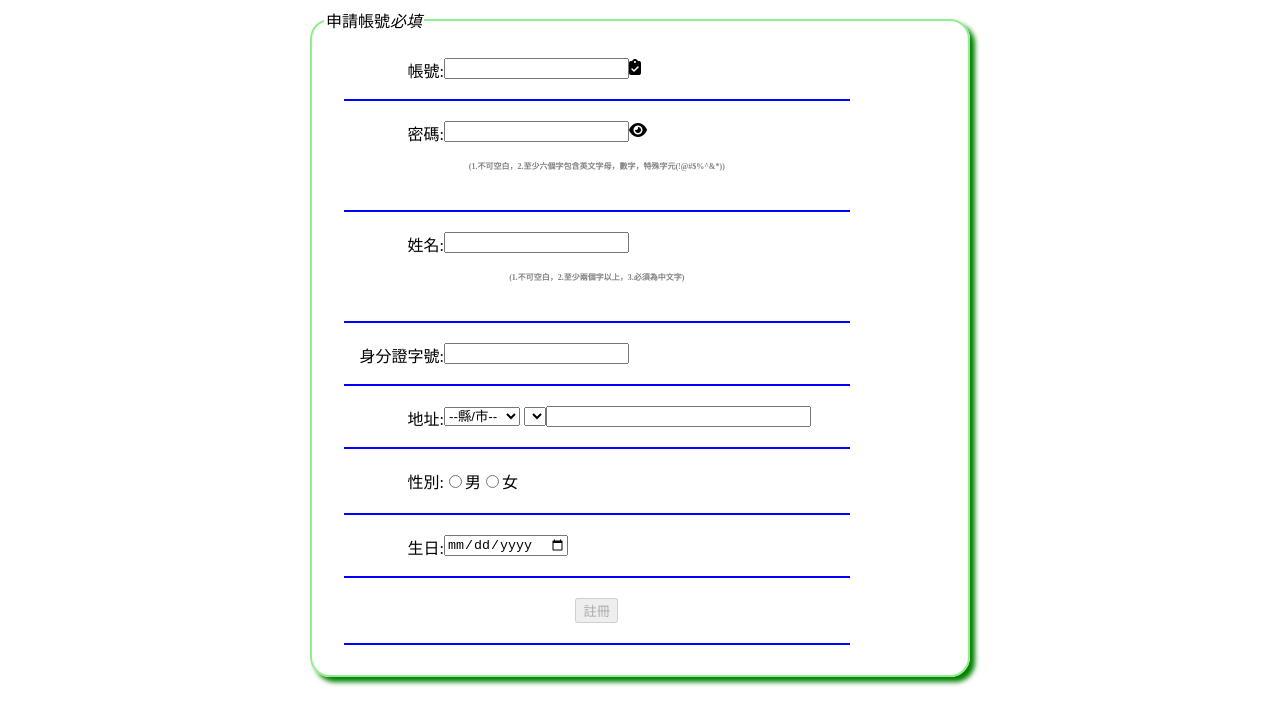
Repository: cctytw2000/Hibernate_HW
Page: Member/EEIT109_35/src/main/webapp/member/RegisteredMember.html
The author's editor kept a copy of each file at every save. The page is drawn from the files as they stood at one save, then again after the next save.
The browser window is 1280 px wide. The pictures show the whole page.
Some web libraries are served in a nearby version.

Above is the page before, as saved 2019-09-26 08:18:05.

### Member/EEIT109_35/src/main/webapp/member/RegisteredMember.html
<!DOCTYPE html>
<html>

<head>
    <meta charset="UTF-8">
    <title>Insert title here</title>
    <script src="http://code.jquery.com/jquery-1.12.4.min.js"></script>
    <script src="../JS/RegisteredMember.js"></script>
    <script src="../JS/address.js"></script>
    <link rel="stylesheet" href="../CSS/RegisteredMember.css">
    <script src="https://kit.fontawesome.com/685268963f.js"></script>
</head>

<body>


    <form action="../RegisteredMember.do" method="post">

        <fieldset>
            <legend>申請帳號<em>必填</em></legend>
            <div class="div1">
                <label class='label1'>帳號:</label><input type="text" id="account" name="account"><i id="check"
                    class="fas fa-clipboard-check"></i><span id="account_msg"></span>
            </div>
            <div class="div1">
                <label class='label1'>密碼:</label><input type="password" id="password" name="password"><i
                    onclick="showHide();" id="eye" class="fas fa-eye"></i><span id="msg_password"></span>

                </button>
                <h6 style="color: gray;font-size: 8px">(1.不可空白，2.至少六個字包含英文字母，數字，特殊字元(!@#$%^&*))</h6>
            </div>
            <div class="div1">
                <label class='label1'>姓名:</label><input type="text" id="username" name="username"><span id="msg"></span>
                <h6 style="color: gray;font-size: 8px">(1.不可空白，2.至少兩個字以上，3.必須為中文字)</h6>
            </div>
            <div class="div1">
                <label class='label1'>身分證字號:</label><input id="idnumber" type="text" name="idnumber"><span id="idnumber_password"></span>
            </div>

            <div class="div1">
                <label class='label1'>地址:</label>
                <select id="city">
                    <option value=""></option>
                </select>
                <select id="Township">
                    <option value=""></option>
                </select><input type="text" size="30" name="alladdress" id="alladdress" value=""><span id="address_password"></span>

            </div>


            <div class="div1">
                <label class='label1'>性別:</label><input type="radio" id="sex" name="sex" value="male" required="required">男<input id="sex" type="radio"
                    name="sex" value="female">女<span id="sex_password" required="required"></span>
            </div>
            <div class="div1">
                <label class='label1'>生日:</label><input id="date" type="date" name="birth"><span id="date_password"></span>
            </div>
            <div id="submit" class="div1" style="text-align: center">
                <button type="submit" disabled>註冊</button>

            </div>
        </fieldset>
    </form>

</body>

</html>

### Member/EEIT109_35/src/main/webapp/JS/RegisteredMember.js
let username_check_val = false;
let password_check_val = false;
let account_check_val = false;
let account_check_val_repeat = false;
let address_check_val = false;
let birth_check_val = false;
let idnumber_check_val = false;

let pwShown = 0;
document.addEventListener("DOMContentLoaded", function () {
	document.getElementById("account").addEventListener("blur", check_account);
	document.getElementById("account").addEventListener("blur", opencreate);

	document.getElementById("username").addEventListener("blur", check_username);
	document.getElementById("username").addEventListener("blur", opencreate);

	document.getElementById("password").addEventListener("blur", check_password);
	document.getElementById("password").addEventListener("blur", opencreate);

	document.getElementById("alladdress").addEventListener("blur", check_address);
	document.getElementById("alladdress").addEventListener("blur", opencreate);

	document.getElementById("idnumber").addEventListener("blur", check_idnumber);
	document.getElementById("idnumber").addEventListener("blur", opencreate);

	document.getElementById("date").addEventListener("blur", check_birth);
	document.getElementById("date").addEventListener("blur", opencreate);



});
function check_idnumber() {
	if (document.getElementById("idnumber").value != "") {
		idnumber_check_val = true;
		document.getElementById("idnumber_password").innerHTML = "<img src='../Images/yes.jpg'>格式符合"
	} else {
		document.getElementById("idnumber_password").innerHTML = "<img src='../Images/noway.jpg'>不可空白"

	}
}

function check_address() {
	if (document.getElementById("alladdress").value != "") {
		address_check_val = true;
		document.getElementById("address_password").innerHTML = "<img src='../Images/yes.jpg'>格式符合"
	} else {
		document.getElementById("address_password").innerHTML = "<img src='../Images/noway.jpg'>不可空白"

	}
}
function check_birth() {
	if (document.getElementById("date").value != "") {
		birth_check_val = true;
		document.getElementById("date_password").innerHTML = "<img src='../Images/yes.jpg'>格式符合"
	} else {
		document.getElementById("date_password").innerHTML = "<img src='../Images/noway.jpg'>不可空白"

	}

}
function show() {
	var p = document.getElementById('password');
	p.setAttribute('type', 'text');
}

function hide() {
	var p = document.getElementById('password');
	p.setAttribute('type', 'password');
}

function showHide() {
	if (document.getElementById("password").type == "password") {
		console.log("show");
		console.log(pwShown);
		pwShown = 1;
		show();
	} else {
		console.log("hide");
		console.log(pwShown);
		pwShow = 0;
		hide();
	}

}

function opencreate() {
	console.log("opencreate")
	console.log("account_check_val_repeat==="+account_check_val_repeat)
	if (password_check_val && username_check_val && account_check_val && account_check_val_repeat && address_check_val && birth_check_val && idnumber_check_val) {
		document.getElementById("submit").innerHTML = "<button type='submit'>註冊</button>";
	}
}

function check_account() {

	let PWDVal = document.getElementById("account").value;
	var PWDVallen = PWDVal.length;
	let flag1 = false, flag2 = false, flag3 = false
	let special = ['!', '@', '#', '$', '%', '^', '&', '*']

	if (PWDVal == "") {
		document.getElementById("account_msg").innerHTML = "<img src='../Images/noway.jpg'>不可空白"
	} else if (PWDVallen >= 6) {
		for (let i = 0; i < PWDVallen; i++) {
			let chrPwd = PWDVal.charAt(i).toUpperCase();
			if (chrPwd >= "A" && chrPwd <= "Z") {
				flag1 = true
				console.log(chrPwd)
			} else if (chrPwd >= "0" && chrPwd <= "9") {
				flag2 = true
				console.log(chrPwd)
			} else if (special.lastIndexOf(chrPwd)) {
				console.log(chrPwd)
				flag3 = true
			}
			if (flag1 && flag2 && flag3) {
				document.getElementById("account_msg").innerHTML = "<img src='../Images/yes.jpg'>格式符合";
				account_check_val = true

			} else {
				document.getElementById("account_msg").innerHTML = "<img src='../Images/noway.jpg'>格式不符合"

			}
			;
		}
	} else {
		document.getElementById("account_msg").innerHTML = "<img src='../Images/noway.jpg'>至少六個字"
	}
}
function check_username() {
	let acc = document.getElementById("username").value;
	var acc_length = acc.length;
	var flag4 = false;
	if (acc == "") {
		document.getElementById("msg").innerHTML = "<img src='../Images/noway.jpg'>不可空白"
	} else if (acc_length >= 2) {
		for (let i = 0; i < acc_length; i++) {

			if (acc.charCodeAt(i) >= 0x4e00 && acc.charCodeAt(i) <= 0x9fff) {

				flag4 = true
			} else {
				flag4 = false;
				break;
			}
		}
		if (flag4) {
			document.getElementById("msg").innerHTML = "<img src='../Images/yes.jpg'>格式符合"
			username_check_val = true
		} else {
			document.getElementById("msg").innerHTML = "<img src='../Images/noway.jpg'>必須為中文字"
		}
	} else {
		document.getElementById("msg").innerHTML = "<img src='../Images/noway.jpg'>至少兩個字"

	}

}

function check_password() {
	let PWDVal = document.getElementById("password").value;
	var PWDVallen = PWDVal.length;
	let flag1 = false, flag2 = false
	let special = ['!', '@', '#', '$', '%', '^', '&', '*']

	if (PWDVal == "") {
		document.getElementById("msg_password").innerHTML = "<img src='../Images/noway.jpg'>不可空白"
	} else if (PWDVallen >= 6) {
		for (let i = 0; i < PWDVallen; i++) {
			let chrPwd = PWDVal.charAt(i).toUpperCase();
			if (chrPwd >= "A" && chrPwd <= "Z") {
				flag1 = true
				console.log(chrPwd)
			} else if (chrPwd >= "0" && chrPwd <= "9") {
				flag2 = true
				console.log(chrPwd)
			}
			if (flag1 && flag2) {
				document.getElementById("msg_password").innerHTML = "<img src='../Images/yes.jpg'>格式符合";
				password_check_val = true

			} else {
				document.getElementById("msg_password").innerHTML = "<img src='../Images/noway.jpg'>格式不符合"

			}
			;
		}
	} else {
		document.getElementById("msg_password").innerHTML = "<img src='../Images/noway.jpg'>至少六個字"
	}
	// document.getElementById("msg_password").innerHTML = "<img
	// src='image/yes.jpg'>"
}
$(document).ready(function () {
	$("#check").click(function () {
		if ($("#account").val() != "") {
			$.ajax({
				url: "../Check_Repeat.do",
				data: {
					account: $("#account").val()
				},
				type: "POST",
				success: function (data) {
					if (data == "true") {
						account_check_val_repeat = true;
						opencreate();
						alert("您可以使用此帳號");
					} else {
						alert("此帳號已重複註冊")
					}

					console.log(data)
				}
			})
		} else {
			alert("你是不是想找麻煩")
		}
	})
})

### Member/EEIT109_35/src/main/webapp/JS/address.js
let allAddressText = ""
var CITY = ["--縣/市--", "臺北市", "基隆市", "新北市", "宜蘭縣", "新竹市", "新竹縣", "桃園縣", "苗栗縣",
	"臺中市", "彰化縣", "南投縣", "嘉義市", "嘉義縣", "雲林縣", "臺南市", "高雄市", "澎湖縣", "屏東縣",
	"臺東縣", "花蓮縣", "金門縣", "連江縣", "南海諸島"];
var SUB_AREA = [
	["--鄉鎮市區--"],
	["--鄉鎮市區--", "中正區100", "大同區103", "中山區104", "松山區105", "大安區106",
		"萬華區108", "信義區110", "士林區111", "北投區112", "內湖區114", "南港區115",
		"文山區116"],
	["--鄉鎮市區--", "仁愛區200", "信義區201", "中正區202", "中山區203", "安樂區204",
		"暖暖區205", "七堵區206"],
	["--鄉鎮市區--", "萬里區207", "金山區208", "板橋區220", "汐止區221", "深坑區222",
		"石碇區223", "瑞芳區224", "平溪區226", "雙溪區227", "貢寮區228", "新店區231",
		"坪林區232", "烏來區233", "永和區234", "中和區235", "土城區236", "三峽區237",
		"樹林區238", "鶯歌區239", "三重區241", "新莊區242", "泰山區243", "林口區244",
		"蘆洲區247", "五股區248", "八里區249", "淡水區251", "三芝區252", "石門區253"],
	["--鄉鎮市區--", "宜蘭市260", "頭城鎮261", "礁溪鄉262", "壯圍鄉263", "員山鄉264",
		"羅東鎮265", "三星鄉266", "大同鄉267", "五結鄉268", "冬山鄉269", "蘇澳鎮270",
		"南澳鄉272", "釣魚台列嶼290"],
	["--鄉鎮市區--", "東區300", "北區300", "香山區300"],
	["--鄉鎮市區--", "竹北市302", "湖口鄉303", "新豐鄉304", "新埔鎮305", "關西鎮306",
		"芎林鄉307", "寶山鄉308", "竹東鎮310", "五峰鄉311", "橫山鄉312", "尖石鄉313",
		"北埔鄉314", "峨嵋鄉315"],
	["--鄉鎮市區--", "中壢市320", "平鎮市324", "龍潭鄉325", "楊梅鎮326", "新屋鄉327",
		"觀音鄉328", "桃園市330", "龜山鄉333", "八德市334", "大溪鎮335", "復興鄉336",
		"大園鄉337", "蘆竹鄉338"],
	["--鄉鎮市區--", "竹南鎮350", "頭份鎮351", "三灣鄉352", "南庄鄉353", "獅潭鄉354",
		"後龍鎮356", "通霄鎮357", "苑裡鎮358", "苗栗市360", "造橋鄉361", "頭屋鄉362",
		"公館鄉363", "大湖鄉364", "泰安鄉365", "銅鑼鄉366", "三義鄉367", "西湖鄉368",
		"卓蘭鎮369"],
	["--鄉鎮市區--", "中區400", "東區401", "南區402", "西區403", "北區404", "北屯區406",
		"西屯區407", "南屯區408", "太平區411", "大里區412", "霧峰區413", "烏日區414",
		"豐原區420", "后里區421", "石岡區422", "東勢區423", "和平區424", "新社區426",
		"潭子區427", "大雅區428", "神岡區429", "大肚區432", "沙鹿區433", "龍井區434",
		"梧棲區435", "清水區436", "大甲區437", "外埔區438", "大安區439"],
	["--鄉鎮市區--", "彰化市500", "芬園鄉502", "花壇鄉503", "秀水鄉504", "鹿港鎮505",
		"福興鄉506", "線西鄉507", "和美鎮508", "伸港鄉509", "員林鎮510", "社頭鄉511",
		"永靖鄉512", "埔心鄉513", "溪湖鎮514", "大村鄉515", "埔鹽鄉516", "田中鎮520",
		"北斗鎮521", "田尾鄉522", "埤頭鄉523", "溪州鄉524", "竹塘鄉525", "二林鎮526",
		"大城鄉527", "芳苑鄉528", "二水鄉530"],
	["--鄉鎮市區--", "南投市540", "中寮鄉541", "草屯鎮542", "國姓鄉544", "埔里鎮545",
		"仁愛鄉546", "名間鄉551", "集集鎮552", "水里鄉553", "魚池鄉555", "信義鄉556",
		"竹山鎮557", "鹿谷鄉558"],
	["--鄉鎮市區--", "嘉義市600"],
	["--鄉鎮市區--", "番路鄉602", "梅山鄉603", "竹崎鄉604", "阿里山605", "中埔鄉606",
		"大埔鄉607", "水上鄉608", "鹿草鄉611", "太保市612", "朴子市613", "東石鄉614",
		"六腳鄉615", "新港鄉616", "民雄鄉621", "大林鎮622", "溪口鄉623", "義竹鄉624",
		"布袋鎮625"],
	["--鄉鎮市區--", "斗南鎮630", "大埤鄉631", "虎尾鎮632", "土庫鎮633", "褒忠鄉634",
		"東勢鄉635", "臺西鄉636", "崙背鄉637", "麥寮鄉638", "斗六市640", "林內鄉643",
		"古坑鄉646", "莿桐鄉647", "西螺鎮648", "二崙鄉649", "北港鎮651", "水林鄉652",
		"口湖鄉653", "四湖鄉654", "元長鄉655"],
	["--鄉鎮市區--", "中西區700", "東區701", "南區702", "北區704", "安平區708", "安南區709",
		"永康區710", "歸仁區711", "新化區712", "左鎮區713", "玉井區714", "楠西區715",
		"南化區716", "仁德區717", "關廟區718", "龍崎區719", "官田區720", "麻豆區721",
		"佳里區722", "西港區723", "七股區724", "將軍區725", "學甲區726", "北門區727",
		"新營區730", "後壁區731", "白河區732", "東山區733", "六甲區734", "下營區735",
		"柳營區736", "鹽水區737", "善化區741", "大內區742", "山上區743", "新市區744",
		"安定區745"],
	["--鄉鎮市區--", "新興區800", "前金區801", "苓雅區802", "鹽埕區803", "鼓山區804",
		"旗津區805", "前鎮區806", "三民區807", "楠梓區811", "小港區812", "左營區813",
		"仁武區814", "大社區815", "岡山區820", "路竹區821", "阿蓮區822", "田寮區823",
		"燕巢區824", "橋頭區825", "梓官區826", "彌陀區827", "永安區828", "湖內區829",
		"鳳山區830", "大寮區831", "林園區832", "鳥松區833", "大樹區840", "旗山區842",
		"美濃區843", "六龜區844", "內門區845", "杉林區846", "甲仙區847", "桃源區848",
		"那瑪夏區849", "茂林區851", "茄萣區852"],
	["--鄉鎮市區--", "馬公市880", "西嶼鄉881", "望安鄉882", "七美鄉883", "白沙鄉884",
		"湖西鄉885"],
	["--鄉鎮市區--", "屏東市900", "三地門901", "霧臺鄉902", "瑪家鄉903", "九如鄉904",
		"里港鄉905", "高樹鄉906", "鹽埔鄉907", "長治鄉908", "麟洛鄉909", "竹田鄉911",
		"內埔鄉912", "萬丹鄉913", "潮州鎮920", "泰武鄉921", "來義鄉922", "萬巒鄉923",
		"崁頂鄉924", "新埤鄉925", "南州鄉926", "林邊鄉927", "東港鎮928", "琉球鄉929",
		"佳冬鄉931", "新園鄉932", "枋寮鄉940", "枋山鄉941", "春日鄉942", "獅子鄉943",
		"車城鄉944", "牡丹鄉945", "恆春鎮946", "滿州鄉947"],
	["--鄉鎮市區--", "臺東市950", "綠島鄉951", "蘭嶼鄉952", "延平鄉953", "卑南鄉954",
		"鹿野鄉955", "關山鎮956", "海端鄉957", "池上鄉958", "東河鄉959", "成功鎮961",
		"長濱鄉962", "太麻里鄉963", "金峰鄉964", "大武鄉965", "達仁鄉966"],
	["--鄉鎮市區--", "花蓮市970", "新城鄉971", "秀林鄉972", "吉安鄉973", "壽豐鄉974",
		"鳳林鎮975", "光復鄉976", "豐濱鄉977", "瑞穗鄉978", "萬榮鄉979", "玉里鎮981",
		"卓溪鄉982", "富里鄉983"],
	["--鄉鎮市區--", "金沙鎮890", "金湖鎮891", "金寧鄉892", "金城鎮893", "烈嶼鄉894",
		"烏坵鄉896"],
	["--鄉鎮市區--", "南竿鄉209", "北竿鄉210", "莒光鄉211", "東引212"],
	["--鄉鎮市區--", "東沙817", "南沙819"]];
document.addEventListener("DOMContentLoaded", function () {
	var cityOption = "";
	document.getElementById("city").addEventListener("input", changeTownship);
	document.getElementById("Township").addEventListener("change",
		insertAllAddress);
	for (let i = 0; i < CITY.length; i++) {
		cityOption += "<option id='" + i + "' value='" + CITY[i] + "'>"
			+ CITY[i] + "</option>"
	}
	document.getElementById("city").innerHTML = cityOption;

});
function insertAllAddress() {

	let Township = document.getElementById("Township").value;
	allAddressText += Township;
	let address = document.getElementById("alladdress");
	address.value = allAddressText
}
function changeTownship() {
	let city = document.getElementById("city").value;
	allAddressText = city + " "
	let address = document.getElementById("alladdress");
	address.value = allAddressText

	var TownshipOption = "";
	document.getElementById("Township").innerHTML = "";
	for (let i = 0; i < SUB_AREA[CITY.indexOf(city)].length; i++) {
		TownshipOption += "<option value='"
			+ SUB_AREA[CITY.indexOf(document.getElementById("city").value)][i]
			+ "'>"
			+ SUB_AREA[CITY.indexOf(document.getElementById("city").value)][i]
			+ "</option>"

	}
	document.getElementById("Township").innerHTML = TownshipOption;
}

### Member/EEIT109_35/src/main/webapp/CSS/RegisteredMember.css
fieldset {
	width: 50%;
	height: 70%;
	border: 2px solid lightgreen;
	border-radius: 20px;
	margin: auto auto;
	padding: auto auto;
	box-shadow: 5px 5px 5px green;
}

.div1 {
	border-bottom: 2px solid blue;
	padding-bottom: 20px;
	margin: 20px;
	width: 450px;
	width: 80%
}

.sub1 {
	width: 450px;
	text-align: center;
	padding: 20px;
}

.label1 {
	width: 100px;
	float: left;
	text-align: right
}

form {
	width: 100%;
	/* margin: 15px auto; */
}

h6 {
	text-align: center
}

input:focus {
	background-color: #cccccc
}
  .login-options {
    text-align: center;
    margin: 25px auto 0;
    min-height: 15px;
    position: relative;
    color: #607188;
    font-family: "Open Sans",sans-serif;
    font-weight: 400;
    line-height: 1.8em;
    -webkit-font-smoothing: subpixel-antialiased;
    font-size: 100%;
}
    .login-options span {
    position: absolute;
    top: -9px;/*調整「Or」的上、下位置*/
    background: #fff;
    padding: 0 15px;
    margin: auto;
    left: 42%;
}
    hr {
    margin-top: 10px;
    margin-bottom: 10px;
    height: 1px;
    width: 100%;
    background: #E3ECF7;
}
    hr {

    border: 0;
    border-top: 1px solid #eee;
}
    .btn.btn-facebook, .btn.btn-facebook.active, .btn.btn-facebook.active:focus, .btn.btn-facebook.active:hover, .btn.btn-facebook:active, .btn.btn-facebook:active:focus, .btn.btn-facebook:active:hover, .btn.btn-facebook:focus, .btn.btn-facebook:hover, .navbar .navbar-nav>li>a.btn.btn-facebook, .navbar .navbar-nav>li>a.btn.btn-facebook.active, .navbar .navbar-nav>li>a.btn.btn-facebook.active:focus, .navbar .navbar-nav>li>a.btn.btn-facebook.active:hover, .navbar .navbar-nav>li>a.btn.btn-facebook:active, .navbar .navbar-nav>li>a.btn.btn-facebook:active:focus, .navbar .navbar-nav>li>a.btn.btn-facebook:active:hover, .navbar .navbar-nav>li>a.btn.btn-facebook:focus, .navbar .navbar-nav>li>a.btn.btn-facebook:hover, .open>.btn.btn-facebook.dropdown-toggle, .open>.btn.btn-facebook.dropdown-toggle:focus, .open>.btn.btn-facebook.dropdown-toggle:hover, .open>.navbar .navbar-nav>li>a.btn.btn-facebook.dropdown-toggle, .open>.navbar .navbar-nav>li>a.btn.btn-facebook.dropdown-toggle:focus, .open>.navbar .navbar-nav>li>a.btn.btn-facebook.dropdown-toggle:hover {
    background-color: #3b5998;
    color: #FFF;
}



    .btn {
    line-height: 1.42857143;
    text-align: center;
    white-space: nowrap;
    vertical-align: middle;
    touch-action: manipulation;
    cursor: pointer;
    user-select: none;
        background-image: none;
         border: none;
    border-radius: 3px;
    position: relative;
    padding: 12px 30px;
    margin: 10px 1px;
    text-transform: uppercase;
    letter-spacing: 0;

    transition: box-shadow .2s cubic-bezier(.4,0,1,1),background-color .2s cubic-bezier(.4,0,.2,1);
    outline: 0;
    font-size: 14px;
    font-weight: 400;
    will-change: box-shadow,transform;


}
    button {
    overflow: visible;
}
    .btn:not(.btn-fab) i {
    vertical-align: middle;
    font-size: 1.5em;
    position: relative;
    padding: 0 3px;
}

    .btn.btn-facebook:active, .btn.btn-facebook:focus, .btn.btn-facebook:hover, .navbar .navbar-nav>li>a.btn.btn-facebook:active, .navbar .navbar-nav>li>a.btn.btn-facebook:focus, .navbar .navbar-nav>li>a.btn.btn-facebook:hover {
    box-shadow: 0 14px 26px -12px rgba(59,89,152,.42), 0 4px 23px 0 rgba(0,0,0,.12), 0 8px 10px -5px rgba(59,89,152,.2);
}
    .btn.btn-google:active, .btn.btn-google:focus, .btn.btn-google:hover, .navbar .navbar-nav>li>a.btn.btn-google:active, .navbar .navbar-nav>li>a.btn.btn-google:focus, .navbar .navbar-nav>li>a.btn.btn-google:hover {
    box-shadow: 0 14px 26px -12px rgba(221,75,57,.42), 0 4px 23px 0 rgba(0,0,0,.12), 0 8px 10px -5px rgba(221,75,57,.2);
}
    .btn.btn-google, .btn.btn-google.active, .btn.btn-google.active:focus, .btn.btn-google.active:hover, .btn.btn-google:active, .btn.btn-google:active:focus, .btn.btn-google:active:hover, .btn.btn-google:focus, .btn.btn-google:hover, .navbar .navbar-nav>li>a.btn.btn-google, .navbar .navbar-nav>li>a.btn.btn-google.active, .navbar .navbar-nav>li>a.btn.btn-google.active:focus, .navbar .navbar-nav>li>a.btn.btn-google.active:hover, .navbar .navbar-nav>li>a.btn.btn-google:active, .navbar .navbar-nav>li>a.btn.btn-google:active:focus, .navbar .navbar-nav>li>a.btn.btn-google:active:hover, .navbar .navbar-nav>li>a.btn.btn-google:focus, .navbar .navbar-nav>li>a.btn.btn-google:hover, .open>.btn.btn-google.dropdown-toggle, .open>.btn.btn-google.dropdown-toggle:focus, .open>.btn.btn-google.dropdown-toggle:hover, .open>.navbar .navbar-nav>li>a.btn.btn-google.dropdown-toggle, .open>.navbar .navbar-nav>li>a.btn.btn-google.dropdown-toggle:focus, .open>.navbar .navbar-nav>li>a.btn.btn-google.dropdown-toggle:hover {
    background-color: #dd4b39;
    color: #FFF;
}
    .btn.focus, .btn:focus, .btn:hover {
    text-decoration: none;
}

After the next save:
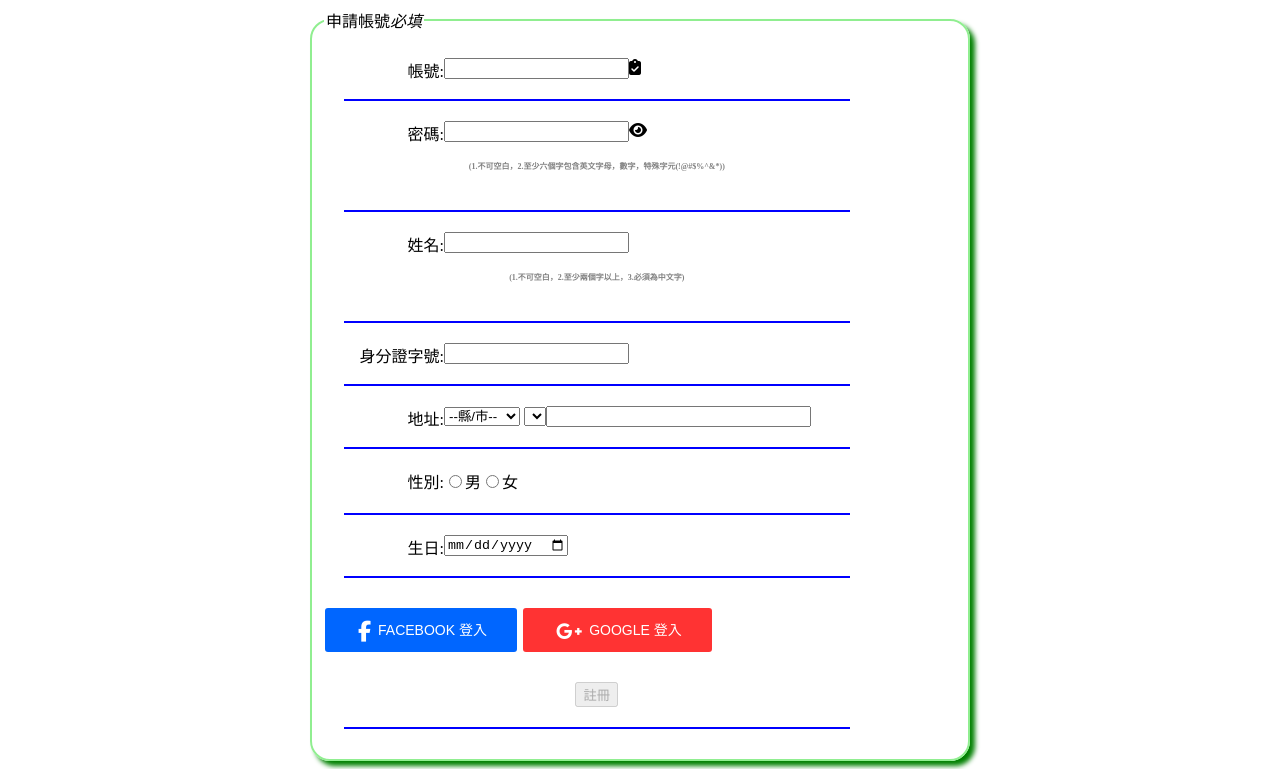
Saved 60 s later.
--- a/Member/EEIT109_35/src/main/webapp/member/RegisteredMember.html
+++ b/Member/EEIT109_35/src/main/webapp/member/RegisteredMember.html
@@ -56,6 +56,9 @@
             <div class="div1">
                 <label class='label1'>生日:</label><input id="date" type="date" name="birth"><span id="date_password"></span>
             </div>
+            <button type="button" style="background-color: #0066FF" class="btn btn-facebook" onclick="FBLogin();"><i class="fab fa-facebook-f fa-lg"></i> Facebook 登入
+        </button>  <button type="button" style="background-color: 	#FF3333" class="btn btn-google" onclick="GoogleLogin();"><i class="fab fa-google-plus-g fa-lg"></i> Google 登入
+        </button>
             <div id="submit" class="div1" style="text-align: center">
                 <button type="submit" disabled>註冊</button>
 
